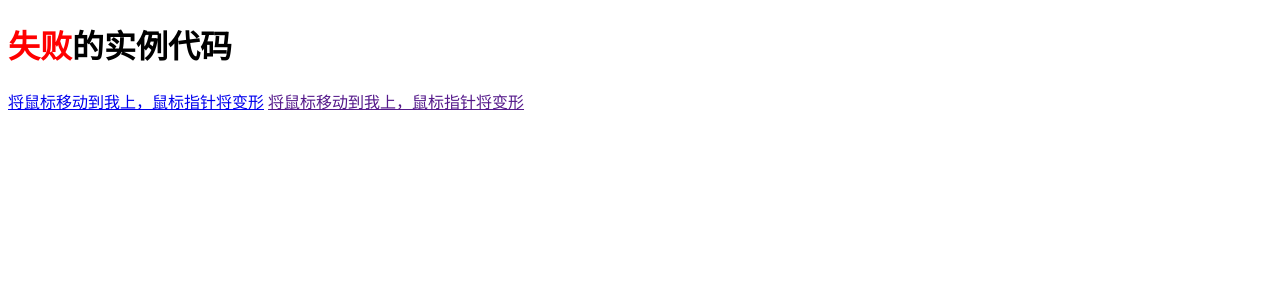
Repository: bookFireFly/bookFireFly
Page: HtmlAndCSS/改变鼠标的形状 失败的实例代码.html
These files come from the project's save history. The page is drawn as it stood at one moment and after the next save; the edit follows.
The browser window is 1280 px wide. The pictures show the whole page.

Above is the page before, as saved 2017-10-18 07:39:30.

After the next save:
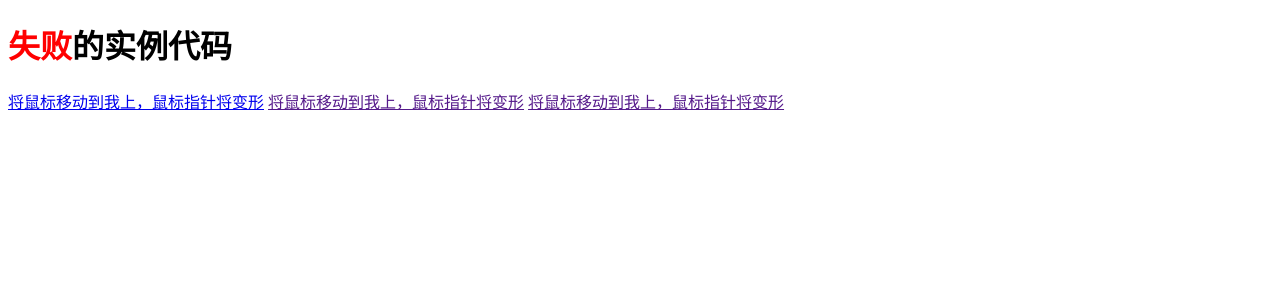
Saved 14 s later.
--- a/HtmlAndCSS/改变鼠标的形状 失败的实例代码.html
+++ b/HtmlAndCSS/改变鼠标的形状 失败的实例代码.html
@@ -8,5 +8,6 @@
 <h1><font color="red">失败</font>的实例代码</h1>
 <a href="#" style="cursor:url(note.ico);">将鼠标移动到我上，鼠标指针将变形</a>
 <a href="" style="cursor:url(note.ico);">将鼠标移动到我上，鼠标指针将变形</a>
+<a href="" style="cursor:url(images/note.ico);">将鼠标移动到我上，鼠标指针将变形</a>
 </body>
 </html>
